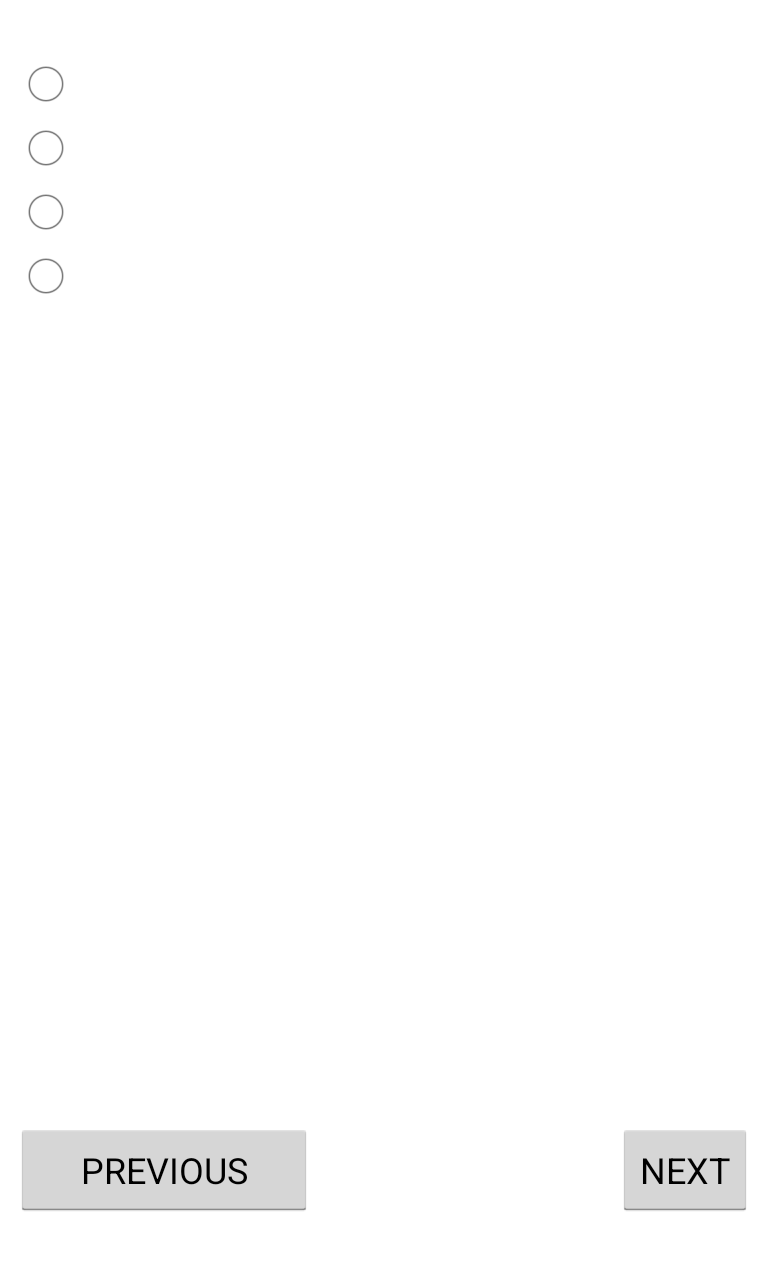
Repository: Harshil737/Career-Launcher
Layout: CareerLauncher/res/layout/fragment_test_page.xml
The author's editor kept a copy of each file at every save. The layout is drawn from the files as they stood at one save, then again after the next save.
It is drawn on a 768 x 1280 px phone screen (xhdpi) without system bars, with theme AppTheme; the app's code is not run.

Above is the layout before, as saved 2017-11-03 15:33:50.

After the next save:
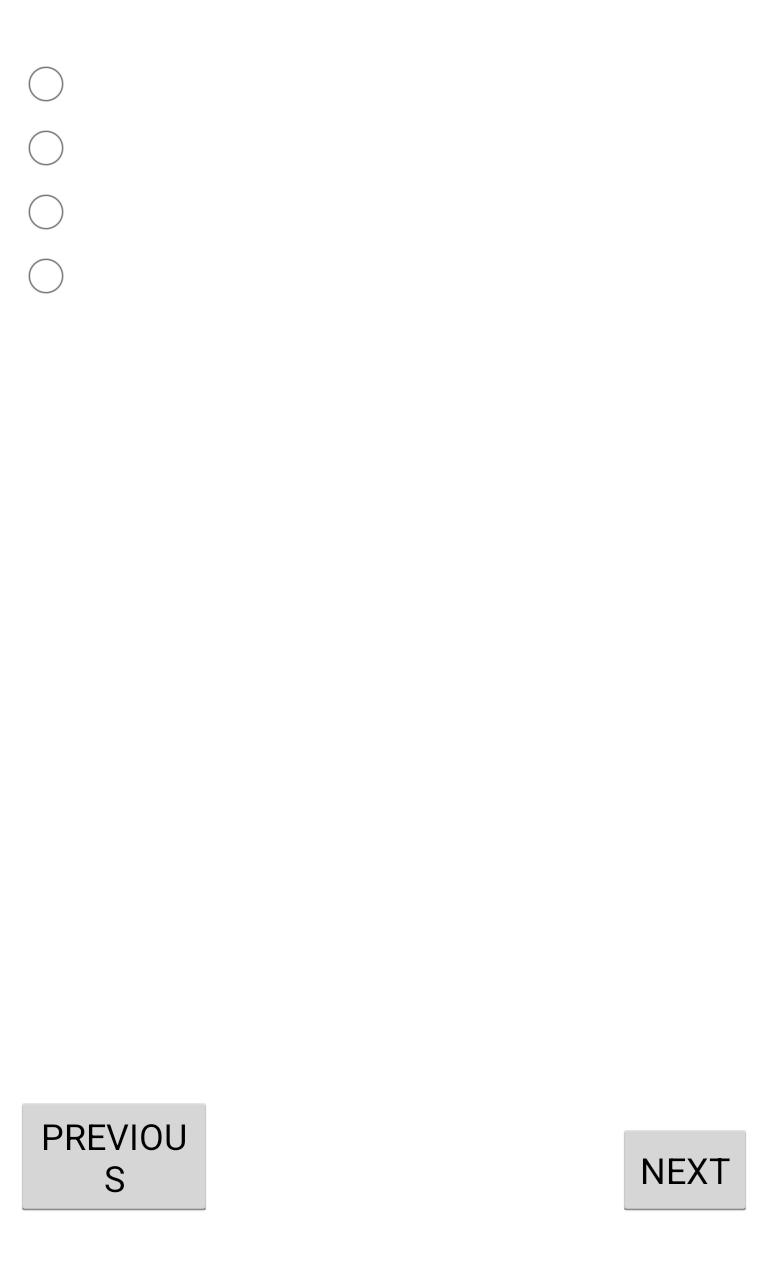
Saved 7 s later.
--- a/CareerLauncher/res/layout/fragment_test_page.xml
+++ b/CareerLauncher/res/layout/fragment_test_page.xml
@@ -42,7 +42,7 @@
 
     <Button
         android:id="@+id/test_page_btn_next"
-        android:layout_width="150dp"
+        android:layout_width="100dp"
         android:layout_height="wrap_content"
         android:layout_alignParentBottom="true"
         android:layout_alignParentLeft="true"
